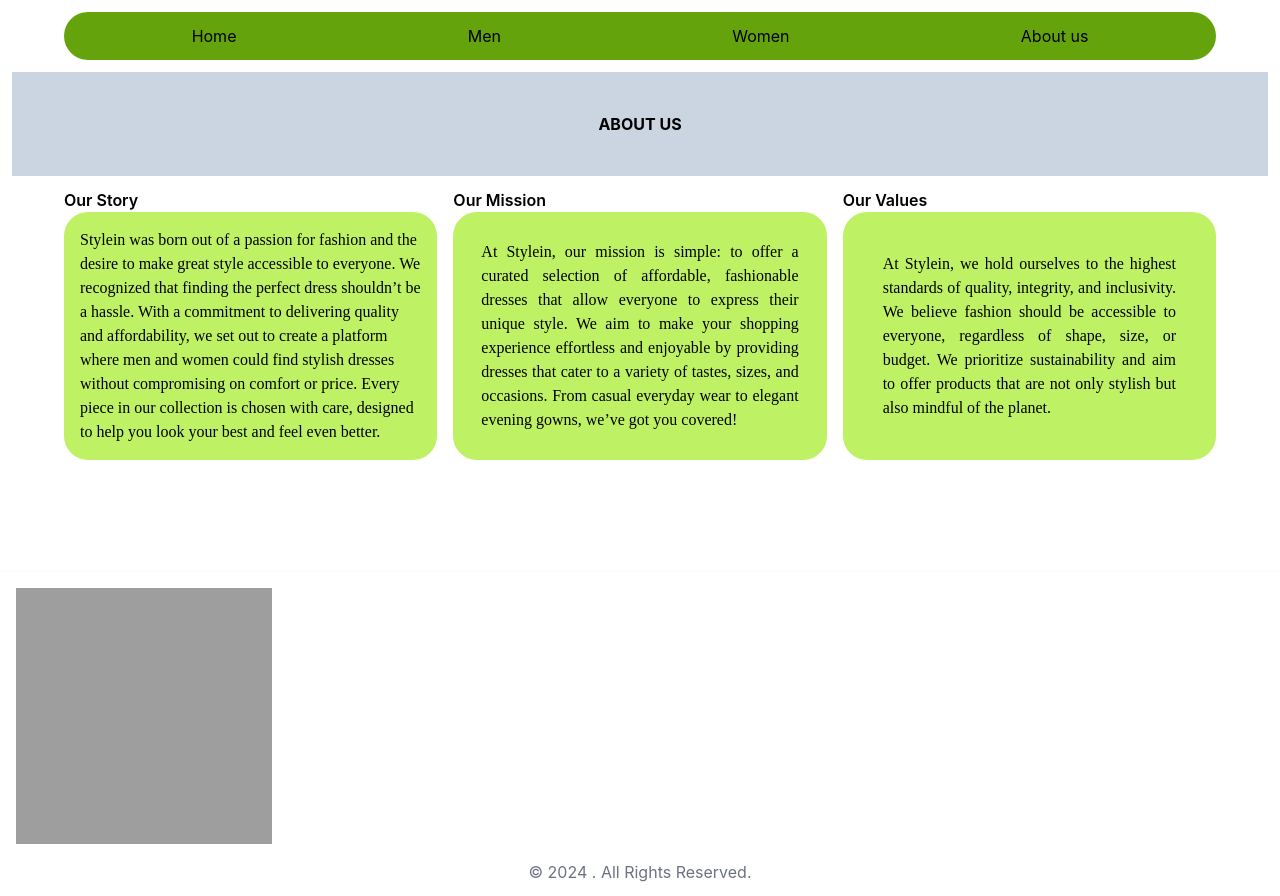
Repository: Mohankkanth/StyleIn_ShoppingSite
Page: /AboutUs
The author's editor kept a copy of each file at every save. The page is drawn from the files as they stood at one save, then again after the next save.
The browser window is 1280 px wide. The pictures show the whole page.
Pictures or frames that could not be fetched are drawn as grey boxes. The project was rebuilt for these pictures with package versions that can differ from the ones it lists, and the page was loaded fresh each time. Also part of the build but not shown: vite.config.js, src/component/Home/Home.jsx, src/component/api/MenProducts.jsx, src/component/Men/Men.jsx, src/component/Women/Women.jsx, src/component/api/KidsProducts.jsx, src/component/Kids/Kids.jsx, src/component/Errorpage/Errorpage.jsx and 18 more.

Above is the page before, as saved 2024-11-23 14:03:33.

### index.html
<!doctype html>
<html lang="en">

<head>
  <meta charset="UTF-8" />
  <meta name="viewport" content="width=device-width, initial-scale=1.0" />


  <link href="https://fonts.googleapis.com/css2?family=Montserrat:wght@400;700&display=swap" rel="stylesheet" />

  <title>Vite + React</title>



</head>

<body>
  <div id="root"></div>
  <script type="module" src="/src/index.jsx"></script>
</body>

</html>

### src/index.jsx
import ReactDOM from "react-dom";
import { createBrowserRouter, RouterProvider, Outlet } from "react-router-dom";
import Home from "./component/Home/Home";
import Men from "./component/Men/Men";
// import MenProducts from "./component/api/MenProducts";
import Women from "./component/Women/Women";
import Kids from "./component/Kids/Kids";
import Header from "./component/Header/Header";
import Footer from "./component/Footer/Footer";
import "./style.css";
import Errorpage from "./component/ErrorPage/Errorpage";
import Shirt from "./component/Men/Shirt";
import T_Shirt from "./component/Men/T_Shirt";
import Pant from "./component/Men/pant";
import Shorts from "./component/Men/Shorts";
import Boys from "./component/Kids/Boys/Boys";
import Girls from "./component/Kids/Girls/Girls";
import Kurtas from "./component/Women/kurtas";
import Sarees from "./component/Women/Saree";
import Leggin from "./component/Women/Leggin";
import Dupattas from "./component/Women/Dupattas";
import AboutUs from "./component/AboutUs/Aboutus";

const AppLayout = () => {
  return (
    <>
      <Header />
      <Outlet />
      <Footer />
    </>
  );
};

// Router Configuration
const Router = createBrowserRouter([
  {
    path: "/",
    element: <AppLayout />,
    children: [
      {
        path: "/",
        element: <Home />,
      },
      {
        path: "/Home",
        element: <Home />,
      },

      {
        path: "/Men",
        element: <Men />,
      },
      {
        path: "/Women",
        element: <Women/>,
      },
      {
        path: "/Kids",
        element: <Kids />,
      },
      {
        path:"/Shirt",
        element:<Shirt/>,
      },
      {
        path:"/T-Shirt",
        element:<T_Shirt/>,
      },
      {
        path:"/Pant",
        element:<Pant/>,
      },
      {
        path:"/Shorts",
        element:<Shorts/>,
      },
      {
        path:"/KidsBoys",
        element:<Boys/>,
      },
      {
        path:"/KidsGirls",
        element:<Girls/>,
      },

      {
        path:"/Kurtas",
        element:<Kurtas/>,
      },
      {
        path:"/Sarees",
        element:<Sarees/>,
      },
      {
        path:"/Leggins",
        element:<Leggin/>
      },
      {
        path:"/Dupattas",
        element:<Dupattas/>
      },
      {
        path:"/AboutUs",
        element:<AboutUs/>
      }
    ],
    errorElement:<Errorpage/>
  },
]);

// Render the Router
const root = ReactDOM.createRoot(document.getElementById("root"));
root.render(<RouterProvider router={Router} />);

### src/component/Header/Header.jsx
import { Link } from "react-router-dom"

const Header = () => {
  return (
    <>

      <div className="2xl:container mx-auto">
        <div className="w-[90%] mx-auto grid-cols-1">
          <div>
            <ul className="flex justify-around p-3 rounded-3xl bg-lime-600 font-mono mt-3">
              <Link to="/Home">
                <li className="hover:cursor-pointer  hover:text-white">Home</li>
              </Link>
              <Link to="/Men">
                <li className="hover:cursor-pointer  hover:text-white">Men
                </li>

              </Link>
              <Link to="/Women">
                <li className="hover:cursor-pointer  hover:text-white">Women</li>
              </Link>
              {/* <Link to="/Kids">
                <li className="hover:cursor-pointer  hover:text-white">Kids</li>
              </Link> */}
              <Link to="/Aboutus">
              <li className="hover:cursor-pointer  hover:text-white">About us</li>
              </Link>
            </ul>
          </div>
        </div>
      </div>
    </>
  )
}


export default Header

### src/component/Footer/Footer.jsx
import { Link } from "react-router-dom"

const Footer = () => {
  return (
    <>
      <footer className="bg-white  shadow  dark:bg-[#333333] mt-28">
        <div className="w-full mx-auto max-w-screen-xl p-4 md:flex md:items-center md:justify-between">
          <div>
          <img src="https://ik.imagekit.io/Sample/E-Commerce/Logo/StyleIn_Logo-removebg-preview.png?updatedAt=1732345349547" alt="" className="h-64 w-64" />

          </div>

          <div className="text-white">
            <p className="font-bold font-[Raleway]">Address</p>
            <p>
              <p className="font-[Raleway]">Stylein Fashion Store </p>
              123 Fashion Street,<br />
              T. Nagar, Chennai,<br /> Tamil Nadu 600017,
              India</p>
          </div>
          <div className="text-white">
            <p className="font-bold font-[Raleway]">Contact</p>
            <p></p>
            <p className="hover:cursor-pointer">Mobile:&nbsp;9523148795</p>
            <p className="hover:cursor-pointer">Email:&nbsp;support@stylein.com</p>
          </div>

          <div className="text-white">
            <p className="font-bold font-[Raleway]">Customer Service Hours</p>
            <p>
              Monday to Friday: 9:00 AM - 6:00 PM <br />
              Saturday: 10:00 AM - 4:00 PM <br />
              Sunday: Closed</p>
          </div>



        </div>
        <div className="flex justify-center pb-3">
        <span className="text-base  text-gray-500 sm:text-center dark:text-gray-400">
            © 2024{" "}
            {/* <a href="https://flowbite.com/" className="hover:underline">
              Flowbite™ </a> */}
            . All Rights Reserved.
          </span>
          </div>
      </footer>

    </>
  )
}


export default Footer

### src/style.css
@tailwind base;
@tailwind components;
@tailwind utilities;



/*Hero section image starting */

.flip-in-hor-bottom {
	-webkit-animation: flip-in-hor-bottom 0.5s cubic-bezier(0.250, 0.460, 0.450, 0.940) both;
	        animation: flip-in-hor-bottom 2s cubic-bezier(0.250, 0.460, 0.450, 0.940) both;
}


/* ----------------------------------------------
 * Generated by Animista on 2024-11-2 22:17:44
 * Licensed under FreeBSD License.
 * See http://animista.net/license for more info.
 * w: http://animista.net, t: @cssanimista
 * ---------------------------------------------- */

/**
 * ----------------------------------------
 * animation flip-in-hor-bottom
 * ----------------------------------------
 */
 @-webkit-keyframes flip-in-hor-bottom {
    0% {
      -webkit-transform: rotateX(80deg);
              transform: rotateX(80deg);
      opacity: 0;
    }
    100% {
      -webkit-transform: rotateX(0);
              transform: rotateX(0);
      opacity: 1;
    }
  }
  @keyframes flip-in-hor-bottom {
    0% {
      -webkit-transform: rotateX(80deg);
              transform: rotateX(80deg);
      opacity: 0;
    }
    100% {
      -webkit-transform: rotateX(0);
              transform: rotateX(0);
      opacity: 1;
    }
  }

  /*Hero section image ending */




  .shake-horizontal {
	-webkit-animation: shake-horizontal 0.5s cubic-bezier(0.455, 0.030, 0.515, 0.955) both;
	        animation: shake-horizontal 30s cubic-bezier(0.455, 0.030, 0.515, 0.955) both;
}


/* ----------------------------------------------
 * Generated by Animista on 2024-11-2 22:48:21
 * Licensed under FreeBSD License.
 * See http://animista.net/license for more info.
 * w: http://animista.net, t: @cssanimista
 * ---------------------------------------------- */

/**
 * ----------------------------------------
 * animation shake-horizontal
 * ----------------------------------------
 */
 @-webkit-keyframes shake-horizontal {
    0%,
    100% {
      -webkit-transform: translateX(0);
              transform: translateX(0);
    }
    10%,
    30%,
    50%,
    70% {
      -webkit-transform: translateX(-10px);
              transform: translateX(-10px);
    }
    20%,
    40%,
    60% {
      -webkit-transform: translateX(10px);
              transform: translateX(10px);
    }
    80% {
      -webkit-transform: translateX(8px);
              transform: translateX(8px);
    }
    90% {
      -webkit-transform: translateX(-8px);
              transform: translateX(-8px);
    }
  }
  @keyframes shake-horizontal {
    0%,
    100% {
      -webkit-transform: translateX(0);
              transform: translateX(0);
    }
    10%,
    30%,
    50%,
    70% {
      -webkit-transform: translateX(-10px);
              transform: translateX(-10px);
    }
    20%,
    40%,
    60% {
      -webkit-transform: translateX(10px);
              transform: translateX(10px);
    }
    80% {
      -webkit-transform: translateX(8px);
              transform: translateX(8px);
    }
    90% {
      -webkit-transform: translateX(-8px);
              transform: translateX(-8px);
    }
  }

### src/component/AboutUs/Aboutus.jsx

import React from 'react';

const AboutUs = () => {
    return (
        <>
            <div className='2xl:container mx-auto'>
                <p className="font-bold bg-slate-300 text-center p-10 m-3">ABOUT US</p>

                <div className=" w-[90%]  mx-auto grid grid-cols-1 md:grid-cols-3 gap-4 ">

                    <div>
                        <p className='font-semibold text-justify '>Our Story</p>
                        <p className='bg-lime-300 p-4 rounded-3xl font-[Raleway]'>
                            Stylein was born out of a passion for fashion and the desire to make great style accessible to everyone. We recognized that finding the perfect dress shouldn’t be a hassle. With a commitment to delivering quality and affordability, we set out to create a platform where men and women could find stylish dresses without compromising on comfort or price. Every piece in our collection is chosen with care, designed to help you look your best and feel even better.</p>
                    </div>
                    <div>
                        <p className='font-semibold text-justify '>Our Mission</p>
                        <p className='bg-lime-300  rounded-3xl font-[Raleway] p-7 text-justify'>At Stylein, our mission is simple: to offer a curated selection of affordable, fashionable dresses that allow everyone to express their unique style. We aim to make your shopping experience effortless and enjoyable by providing dresses that cater to a variety of tastes, sizes, and occasions. From casual everyday wear to elegant evening gowns, we’ve got you covered!</p>
                    </div>

                    <div>
                        <p className='font-semibold text-justify'>Our Values</p>
                        <p className='bg-lime-300  rounded-3xl font-[Raleway] text-justify p-10'>
                            At Stylein, we hold ourselves to the highest standards of quality, integrity, and inclusivity. We believe fashion should be accessible to everyone, regardless of shape, size, or budget. We prioritize sustainability and aim to offer products that are not only stylish but also mindful of the planet.</p>
                    </div>


                </div>
            </div>

        </>
    )
}
export default AboutUs

### tailwind.config.js
/** @type {import('tailwindcss').Config} */
export default {
  content: [
    "./index.html",
    "./src/**/*.{js,ts,jsx,tsx}",
  ],
  theme: {
    extend: {
      colors: {
        primary: {"50":"#eff6ff","100":"#dbeafe","200":"#bfdbfe","300":"#93c5fd","400":"#60a5fa","500":"#3b82f6","600":"#2563eb","700":"#1d4ed8","800":"#1e40af","900":"#1e3a8a","950":"#172554"}
      }
    },
    fontFamily: {
      'body': [
    'Inter',
    'ui-sans-serif',
    'system-ui',
    '-apple-system',
    'system-ui',
    'Segoe UI',
    'Roboto',
    'Helvetica Neue',
    'Arial',
    'Noto Sans',
    'sans-serif',
    'Apple Color Emoji',
    'Segoe UI Emoji',
    'Segoe UI Symbol',
    'Noto Color Emoji'
  ],
      'sans': [
    'Inter',
    'ui-sans-serif',
    'system-ui',
    '-apple-system',
    'system-ui',
    'Segoe UI',
    'Roboto',
    'Helvetica Neue',
    'Arial',
    'Noto Sans',
    'sans-serif',
    'Apple Color Emoji',
    'Segoe UI Emoji',
    'Segoe UI Symbol',
    'Noto Color Emoji'
  ]
    }
  },
  plugins: [],
}

After the next save:
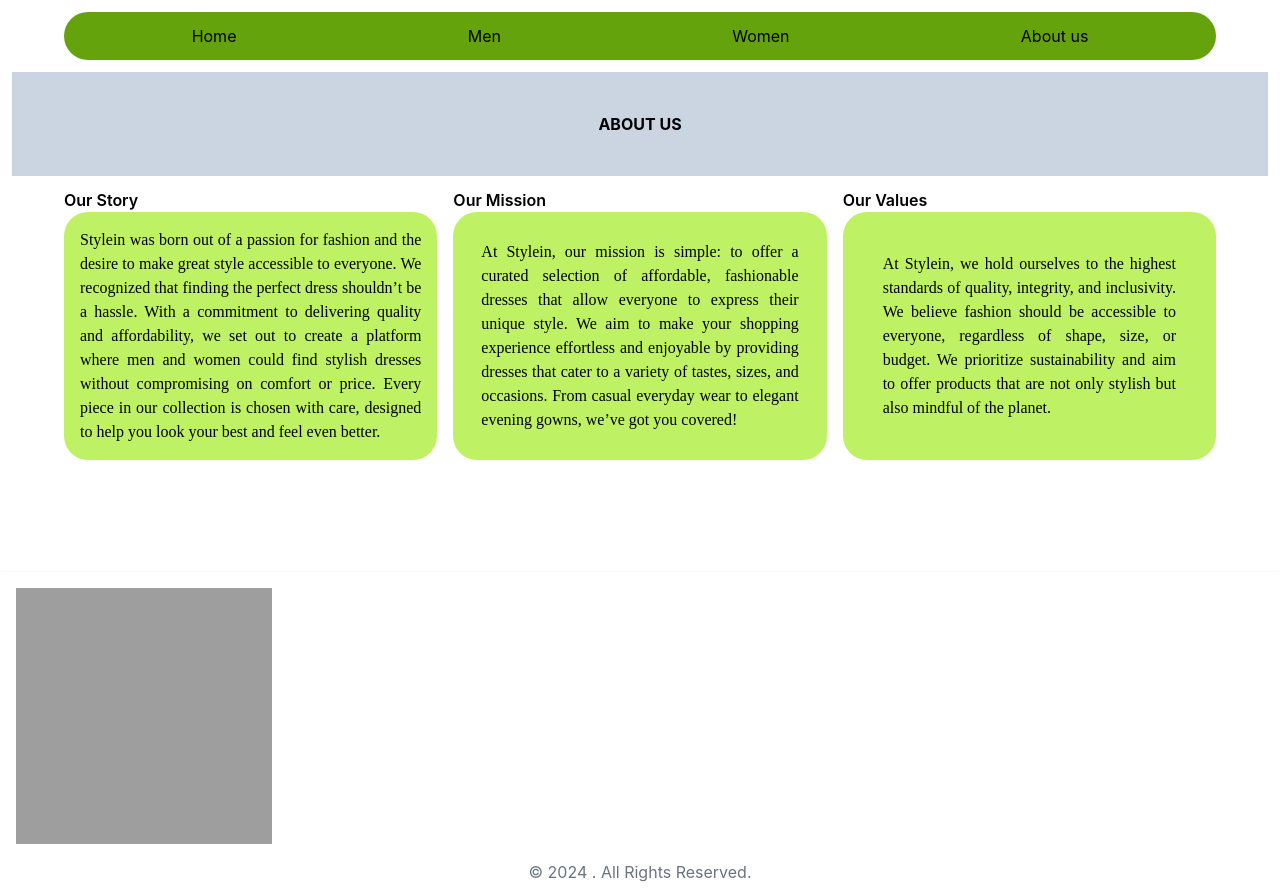
Saved 4 s later.
--- a/src/component/AboutUs/Aboutus.jsx
+++ b/src/component/AboutUs/Aboutus.jsx
@@ -11,7 +11,7 @@
 
                     <div>
                         <p className='font-semibold text-justify '>Our Story</p>
-                        <p className='bg-lime-300 p-4 rounded-3xl font-[Raleway]'>
+                        <p className='bg-lime-300 p-4 rounded-3xl text-justify font-[Raleway]'>
                             Stylein was born out of a passion for fashion and the desire to make great style accessible to everyone. We recognized that finding the perfect dress shouldn’t be a hassle. With a commitment to delivering quality and affordability, we set out to create a platform where men and women could find stylish dresses without compromising on comfort or price. Every piece in our collection is chosen with care, designed to help you look your best and feel even better.</p>
                     </div>
                     <div>
